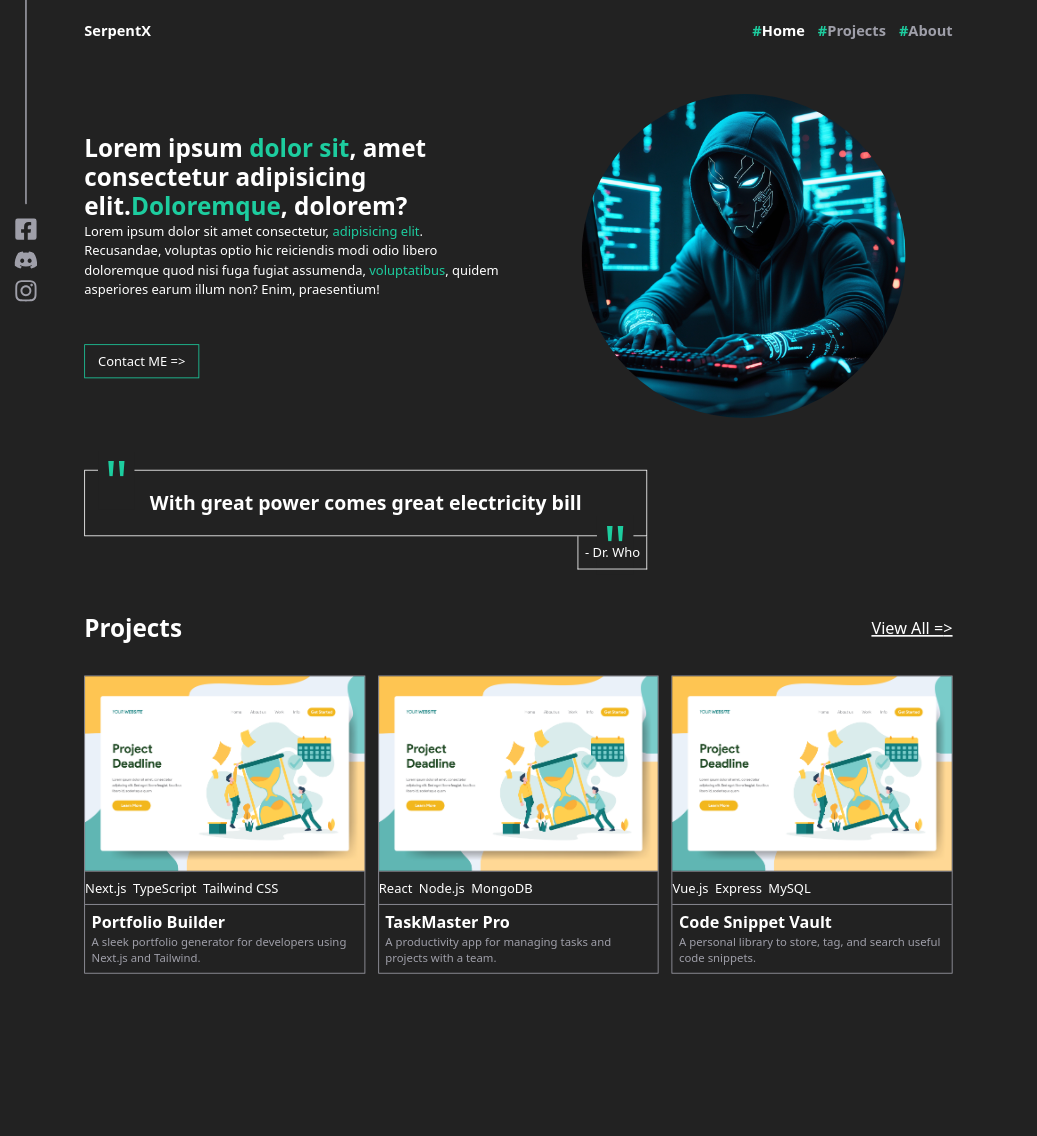
Repository: SERPENTX03/Portfolio-Tutorial
Page: /
An editor plug-in stored every save of this project. The page is shown before and after the next save, followed by the edit.
The browser window is 1280 px wide. The pictures show the whole page, at 81% of full size.
The project was rebuilt for these pictures with package versions that can differ from the ones it lists, and the page was loaded fresh each time. The framework's server and built-in components were replaced by stand-ins that run in the browser. Also part of the build but not shown: next.config.ts.

Above is the page before, as saved 2025-04-19 21:20:47.

### app/layout.tsx
import type { Metadata } from "next";
import { Geist, Geist_Mono } from "next/font/google";
import "./globals.css";
import SideContact from "@/components/SideContact";
import Navbar from "@/components/nav/Navbar";

const geistSans = Geist({
  variable: "--font-geist-sans",
  subsets: ["latin"],
});

const geistMono = Geist_Mono({
  variable: "--font-geist-mono",
  subsets: ["latin"],
});

export const metadata: Metadata = {
  title: "Create Next App",
  description: "Generated by create next app",
};

export default function RootLayout({
  children,
}: Readonly<{
  children: React.ReactNode;
}>) {
  return (
    <html lang="en">
      <body
        className={`${geistSans.variable} ${geistMono.variable} antialiased`}
      >
        <SideContact />
        <main className="max-w-[1200px] mx-auto sm:px-16 px-3">
          <Navbar />
          {children}
          <footer className="h-[200px]"></footer>
        </main>
      </body>
    </html>
  );
}

### app/page.tsx
import Hero from "@/components/Hero";
import Projects from "@/components/Projects";

const Home = () => {
  return (
    <div>
      <Hero />
      <Projects />
    </div>
  );
};
export default Home;

### app/globals.css
@import "tailwindcss";

@theme {
  --color-primary: #1dcd9f;
  --color-background: #222222;
  --color-text: #9f9fa9;
}

@utility hover-btn {
  @apply hover:bg-primary/30 transition-colors duration-300 ease-in-out;
}

body {
  background-color: var(--color-background);
  color: white;
}

### components/SideContact.tsx
import Link from "next/link";
import { FaFacebookSquare } from "react-icons/fa";
import { FaDiscord } from "react-icons/fa";
import { FaInstagram } from "react-icons/fa";

const SideContact = () => {
  return (
    <div className="fixed top-0 left-0 w-16 lg:flex flex-col hidden ">
      {/* Line */}
      <div className="h-[35vh] relative">
        <div className="h-full border border-text absolute top-0 left-1/2 -translate-x-1/2"></div>
      </div>
      {/* Socials */}
      <div className="text-text mt-4 flex flex-col gap-2 items-center">
        <Link target="_blank" href="https://www.facebook.com/serpentx.dev">
          <FaFacebookSquare size={30} />
        </Link>
        <Link target="_blank" href="https://discord.gg/serpentx">
          <FaDiscord size={30} />
        </Link>
        <Link target="_blank" href="https://www.instagram.com/serpentx.dev">
          <FaInstagram size={30} />
        </Link>
      </div>
    </div>
  );
};
export default SideContact;

### components/nav/Navbar.tsx
import MenuHamburger from "./MenuHamburger";
import Navlink from "./Navlink";

const Navbar = () => {
  return (
    <div className="flex justify-between items-center py-6">
      <h1 className="text-lg font-semibold ">SerpentX</h1>
      <Navlink />
      <MenuHamburger />
    </div>
  );
};
export default Navbar;

### components/Hero.tsx
import Image from "next/image";

const Hero = () => {
  return (
    <section className="mt-10">
      <div className="flex flex-col sm:flex-row justify-between gap-10 items-center">
        <div className="w-full sm:w-1/2">
          <h2 className="text-3xl font-bold">
            Lorem ipsum <span className="text-primary">dolor sit</span>, amet
            consectetur adipisicing elit.
            <span className="text-primary">Doloremque</span>, dolorem?
          </h2>
          <p>
            Lorem ipsum dolor sit amet consectetur,{" "}
            <span className="text-primary">adipisicing elit</span>. Recusandae,
            voluptas optio hic reiciendis modi odio libero doloremque quod nisi
            fuga fugiat assumenda,{" "}
            <span className="text-primary">voluptatibus</span>, quidem
            asperiores earum illum non? Enim, praesentium!
          </p>
          <button className="hover-btn border border-primary px-4 py-2 mt-14 cursor-pointer">
            Contact ME ={">"}
          </button>
        </div>
        <div className="w-full sm:w-1/2 flex justify-center">
          <Image
            className="object-cover rounded-full"
            src="/images/hero.jpg"
            alt="hero"
            width={400}
            height={400}
          />
        </div>
      </div>
      <div className="mt-16 flex justify-center border py-6 px-20 w-fit relative">
        <h5 className=" text-2xl font-bold ">
          With great power comes great electricity bill
        </h5>
        <span className="absolute -top-6 left-4 bg-background px-2 text-primary text-7xl">
          &quot;
        </span>
        <span className="absolute -bottom-12 h-fit right-4 bg-background px-2 text-primary text-7xl">
          &quot;
        </span>
        <span className="absolute right-[-1px] -bottom-10.5 border-x border-b p-2">
          - Dr. Who
        </span>
      </div>
    </section>
  );
};
export default Hero;

### components/Projects.tsx
import { projects } from "@/data/Project";
import Image from "next/image";
import Link from "next/link";

const Projects = () => {
  return (
    <section className="mt-24">
      <div className="flex justify-between items-center">
        <h2 className="text-3xl font-bold">Projects</h2>
        <Link className="text-xl underline" href="/projects">
          View All ={">"}
        </Link>
      </div>
      <div className="grid gird-cols-1 sm:grid-cols-2 md:grid-cols-3 gap-4 mt-10">
        {projects.slice(0, 3).map((project) => (
          <div key={project.id} className="border border-text">
            <Image
              src={project.image || ""}
              alt={project.title}
              width={300}
              height={300}
              className="w-full h-60 object-cover"
            />
            <div className="flex gap-2 py-2 border-y border-text">
              {project.language.map((lang) => (
                <p key={lang}>{lang}</p>
              ))}
            </div>
            <div className="p-2">
              <h3 className="text-xl font-bold">{project.title}</h3>
              <p className="text-sm text-text">{project.description}</p>
            </div>
          </div>
        ))}
      </div>
    </section>
  );
};
export default Projects;

### components/nav/MenuHamburger.tsx
"use client";
import { RiMenuFoldLine } from "react-icons/ri";
import { links } from "@/data/NavLink";
import { useEffect, useState } from "react";
import { IoClose } from "react-icons/io5";
import Link from "next/link";
import { usePathname } from "next/navigation";
import { motion, AnimatePresence } from "framer-motion";
import { FaDiscord, FaFacebookSquare, FaInstagram } from "react-icons/fa";

const MenuHamburger = () => {
  const [isOpen, setIsOpen] = useState(false);
  const pathname = usePathname();

  const handleOpen = () => {
    setIsOpen(!isOpen);
  };

  useEffect(() => {
    setIsOpen(false); // ปิดเมนูเมื่อ path เปลี่ยน
  }, [pathname]);
  return (
    <>
      <AnimatePresence mode="wait">
        {isOpen ? (
          <motion.div
            key="close"
            initial={{ rotate: -90, opacity: 0 }}
            animate={{ rotate: 0, opacity: 1 }}
            exit={{ rotate: 90, opacity: 0 }}
            transition={{ duration: 0.2 }}
            className="cursor-pointer block md:hidden z-50"
            onClick={handleOpen}
          >
            <IoClose size={30} />
          </motion.div>
        ) : (
          <motion.div
            key="menu"
            initial={{ rotate: 90, opacity: 0 }}
            animate={{ rotate: 0, opacity: 1 }}
            exit={{ rotate: -90, opacity: 0 }}
            transition={{ duration: 0.3 }}
            className="cursor-pointer block md:hidden z-10"
            onClick={handleOpen}
          >
            <RiMenuFoldLine size={30} />
          </motion.div>
        )}
      </AnimatePresence>
      {isOpen && (
        <ul className="fixed top-0 left-0 w-full h-screen bg-background ">
          <h1 className="text-2xl font-bold m-3">SerpentX</h1>
          {links.map((nav, index) => (
            <li
              key={index}
              className={`text-2xl m-3 font-semibold text-text ${
                pathname === nav.href ? "text-white" : "text-text"
              }`}
            >
              <Link href={nav.href}>
                <span className="text-primary">#</span>
                {nav.label}
              </Link>
            </li>
          ))}
        </ul>
      )}
      {isOpen && (
        <div className="fixed bottom-4 left-1/2 -translate-x-1/2 flex gap-4">
          <Link target="_blank" href="https://www.facebook.com/serpentx.dev">
            <FaFacebookSquare size={30} />
          </Link>
          <Link target="_blank" href="https://discord.gg/serpentx">
            <FaDiscord size={30} />
          </Link>
          <Link target="_blank" href="https://www.instagram.com/serpentx.dev">
            <FaInstagram size={30} />
          </Link>
        </div>
      )}
    </>
  );
};
export default MenuHamburger;

### components/nav/Navlink.tsx
"use client";
import { links } from "@/data/NavLink";
import Link from "next/link";
import { usePathname } from "next/navigation";

const Navlink = () => {
  const pathname = usePathname();
  return (
    <ul className="md:flex gap-4 hidden ">
      {links.map((nav, index) => (
        <li
          key={index}
          className={`text-lg font-semibold text-text ${
            pathname === nav.href ? "text-white" : "text-text"
          }`}
        >
          <Link href={nav.href}>
            <span className="text-primary">#</span>
            {nav.label}
          </Link>
        </li>
      ))}
    </ul>
  );
};
export default Navlink;

### data/Project.ts
export const projects = [
  {
    id: 1,
    title: "Portfolio Builder",
    description:
      "A sleek portfolio generator for developers using Next.js and Tailwind.",
    language: ["Next.js", "TypeScript", "Tailwind CSS"],
    image: "/images/project1.jpg",
  },
  {
    id: 2,
    title: "TaskMaster Pro",
    description:
      "A productivity app for managing tasks and projects with a team.",
    language: ["React", "Node.js", "MongoDB"],
    image: "/images/project1.jpg",
  },
  {
    id: 3,
    title: "Code Snippet Vault",
    description:
      "A personal library to store, tag, and search useful code snippets.",
    language: ["Vue.js", "Express", "MySQL"],
    image: "/images/project1.jpg",
  },
  {
    id: 4,
    title: "DevBlog Engine",
    description:
      "A markdown-powered blogging platform for developers with dark mode.",
    language: ["Next.js", "MDX", "Tailwind CSS"],
    image: "/images/project1.jpg",
  },
  {
    id: 5,
    title: "CryptoTracker",
    description:
      "Live cryptocurrency prices and portfolio manager with real-time charts.",
    language: ["React", "Chart.js", "CoinGecko API"],
    image: "/images/project1.jpg",
  },
  {
    id: 6,
    title: "EcomDash",
    description:
      "An admin dashboard for managing products, orders, and analytics.",
    language: ["Angular", "Firebase", "SCSS"],
    image: "/images/project1.jpg",
  },
  {
    id: 7,
    title: "ChatterBox",
    description:
      "A real-time chat application with private and group messaging.",
    language: ["React", "Socket.io", "Node.js"],
    image: "/images/project1.jpg",
  },
  {
    id: 8,
    title: "CodeQuiz Arena",
    description: "An interactive quiz app for coding topics with leaderboards.",
    language: ["Svelte", "TypeScript", "Supabase"],
    image: "/images/project1.jpg",
  },
  {
    id: 9,
    title: "WeatherZen",
    description:
      "A minimalist weather app with animated forecasts and map integration.",
    language: ["Vue.js", "OpenWeatherMap API", "Tailwind CSS"],
    image: "/images/project1.jpg",
  },
  {
    id: 10,
    title: "DesignSync",
    description: "Tool to sync design tokens between Figma and your codebase.",
    language: ["Electron", "Figma API", "TypeScript"],
    image: "/images/project1.jpg",
  },
];

### data/NavLink.ts
export const links = [
  {
    label: "Home",
    href: "/",
  },
  {
    label: "Projects",
    href: "/projects",
  },
  {
    label: "About",
    href: "/about",
  },
];

After the next save:
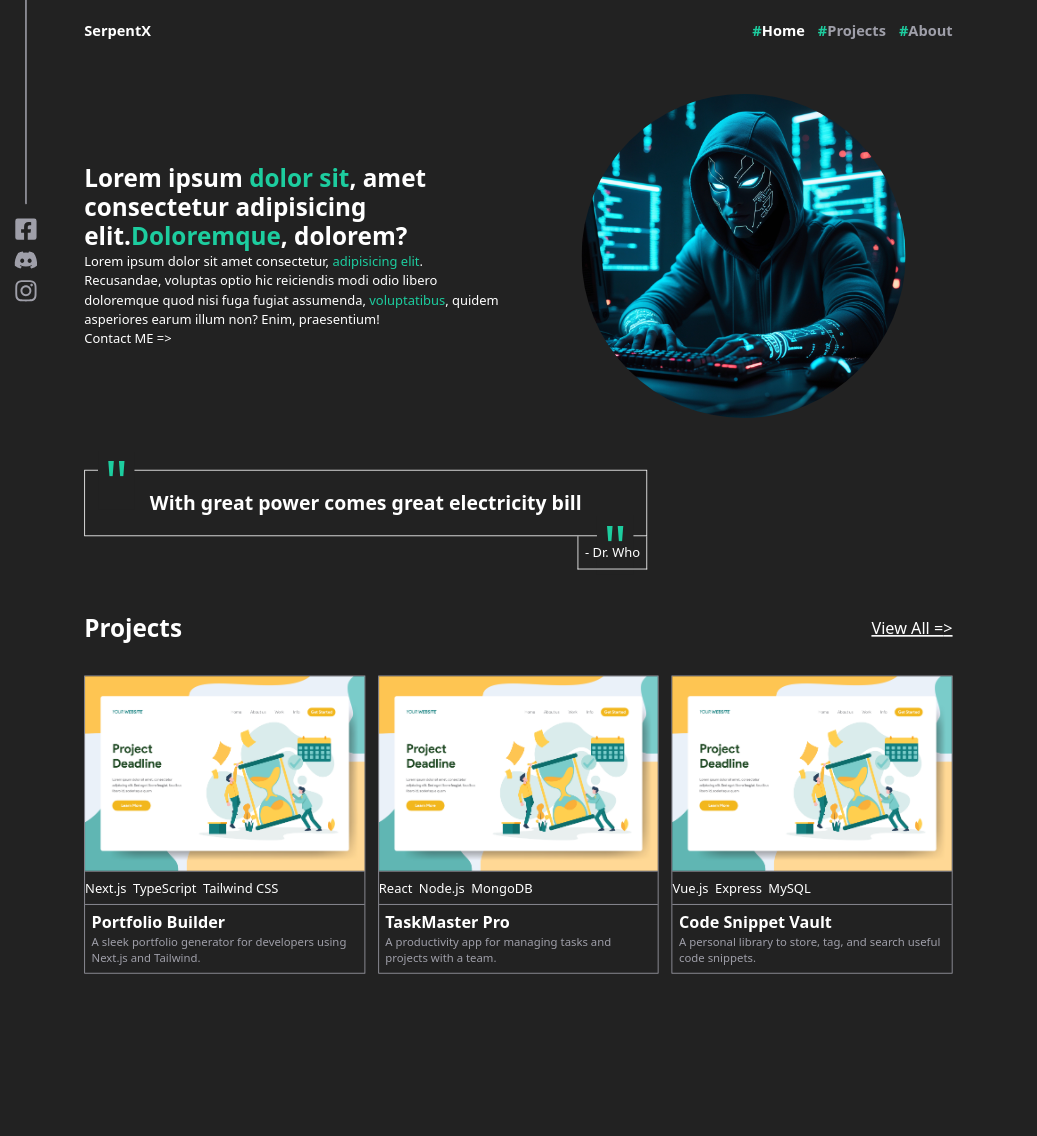
Saved 45 s later.
--- a/components/Hero.tsx
+++ b/components/Hero.tsx
@@ -18,9 +18,7 @@ const Hero = () => {
             <span className="text-primary">voluptatibus</span>, quidem
             asperiores earum illum non? Enim, praesentium!
           </p>
-          <button className="hover-btn border border-primary px-4 py-2 mt-14 cursor-pointer">
-            Contact ME ={">"}
-          </button>
+          <button className="hover-btn ">Contact ME ={">"}</button>
         </div>
         <div className="w-full sm:w-1/2 flex justify-center">
           <Image

After the save that followed:
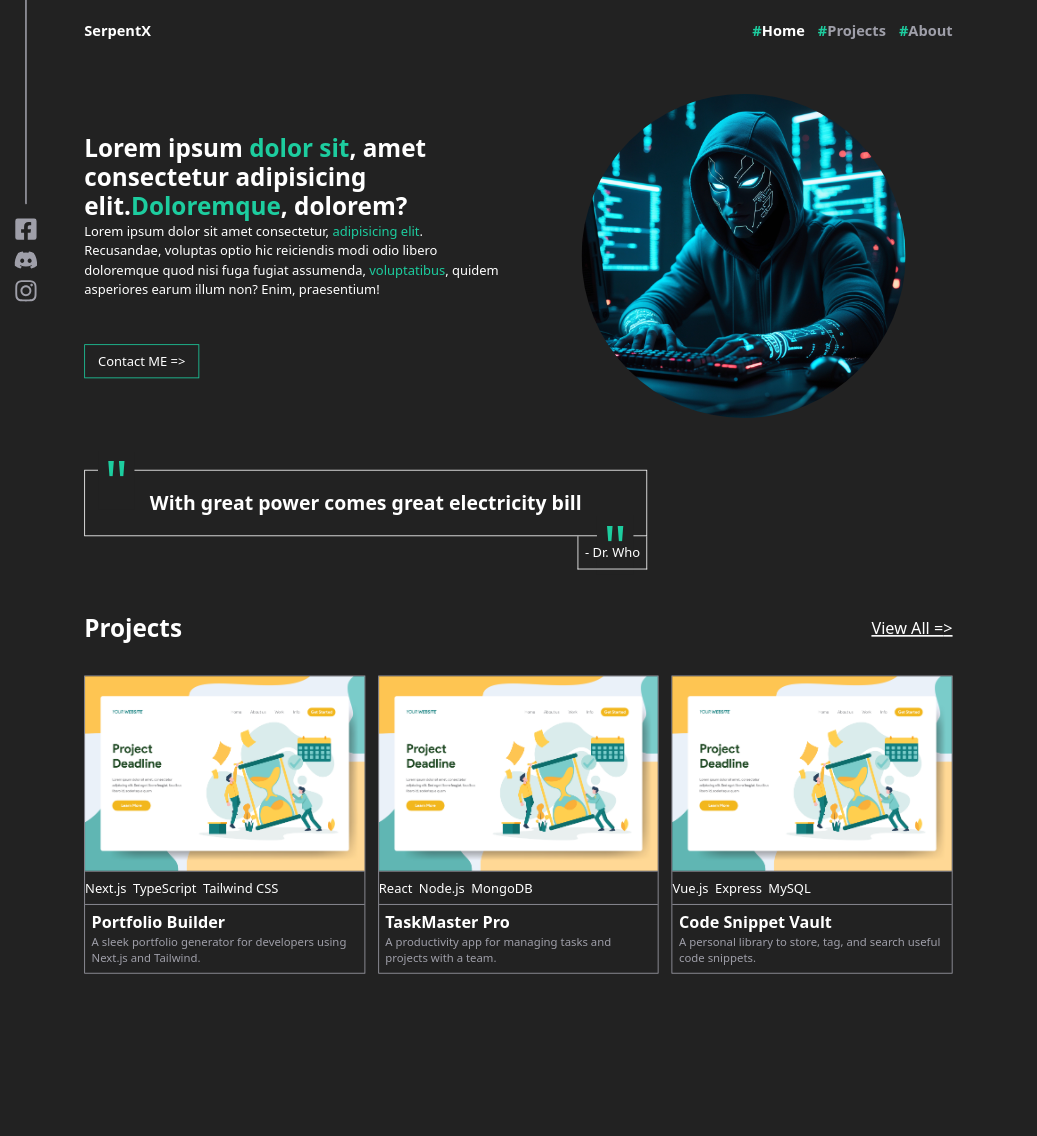
Saved 11 s later.
--- a/app/globals.css
+++ b/app/globals.css
@@ -7,7 +7,7 @@
 }
 
 @utility hover-btn {
-  @apply hover:bg-primary/30 transition-colors duration-300 ease-in-out;
+  @apply hover:bg-primary/30 transition-colors duration-300 ease-in-out border border-primary px-4 py-2 mt-14 cursor-pointer;
 }
 
 body {
